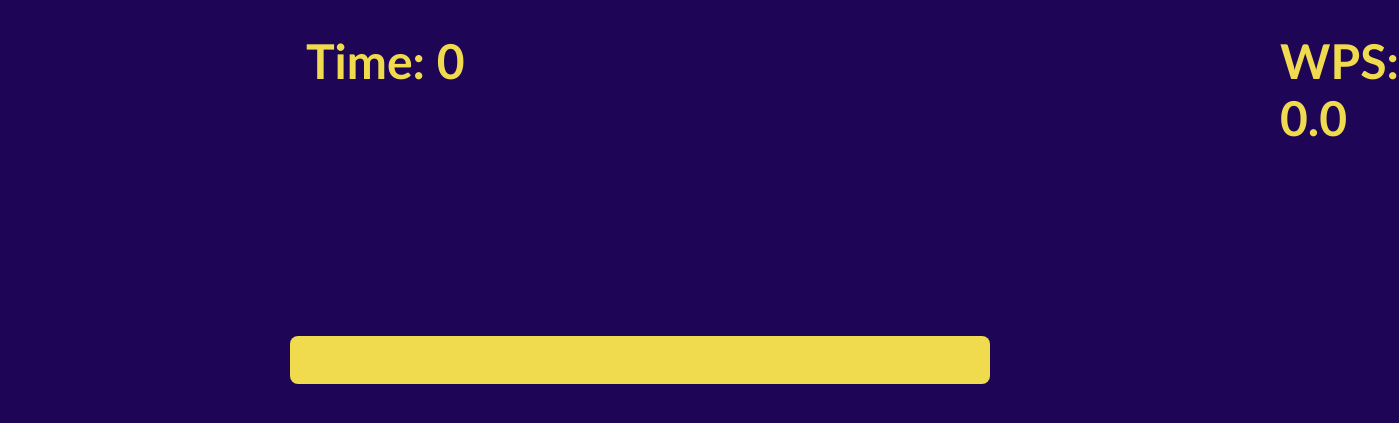
Repository: KhangNguyenIU/Vanilajs-TypingSpeed
Page: index.html
An editor plug-in stored every save of this project. The page is shown before and after the next save, followed by the edit.
The browser window is 1280 px wide. The page is 1399 px wide, then 1280 px, so the pictures cover 1399 px, including what lies to the right of the window. The pictures show the whole page.
The page's requests for data from a server got no answer.

Above is the page before, as saved 2021-10-15 10:31:21.

After the next save:
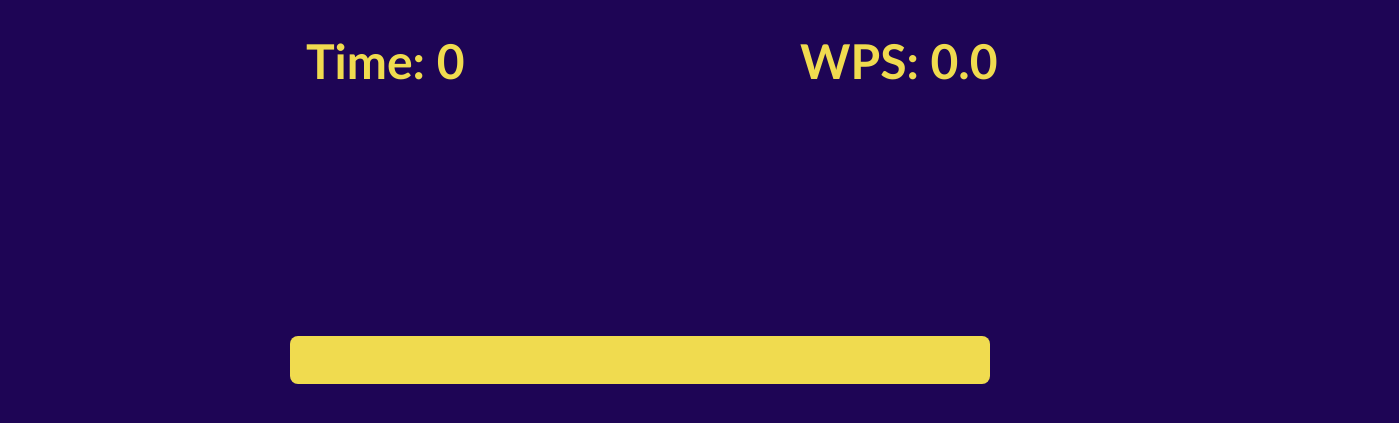
Saved 12 s later.
--- a/style.css
+++ b/style.css
@@ -34,7 +34,7 @@
   .word-speed {
     position: absolute;
     top: 2rem;
-    left:100%;
+    left:50rem;
     font-size: 3rem;
     color: #F0DB4F;
     font-weight: bold;
